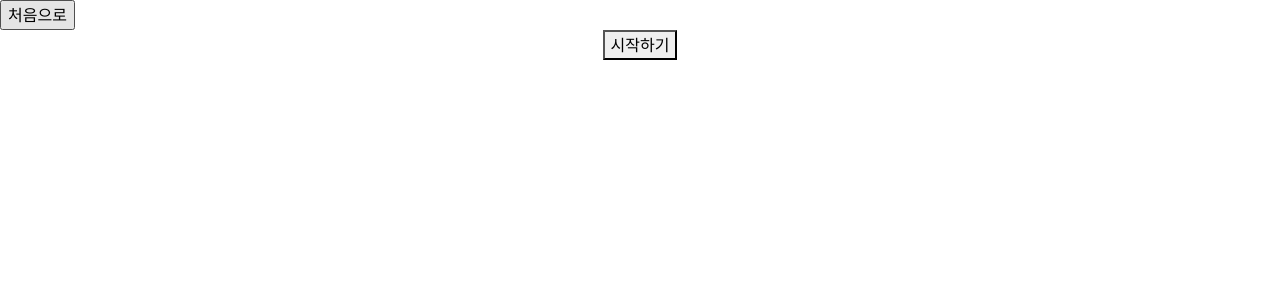
Repository: kokoko12334/myvocab-toy
Page: http://localhost/myVocabularyList/quiz
The author's editor kept a copy of each file at every save. The page is drawn from the files as they stood at one save, then again after a run of saves.
The browser window is 1280 px wide. The pictures show the whole page.
The page is served by Tomcat 9. The session is filled in as if someone had signed in: {"id": 1, "pwd": 1, "list": 1}. Queries for data that is not in the repository find no rows.

Above is the page before, as saved 2023-04-07 12:39:29.

After the next 2 saves:
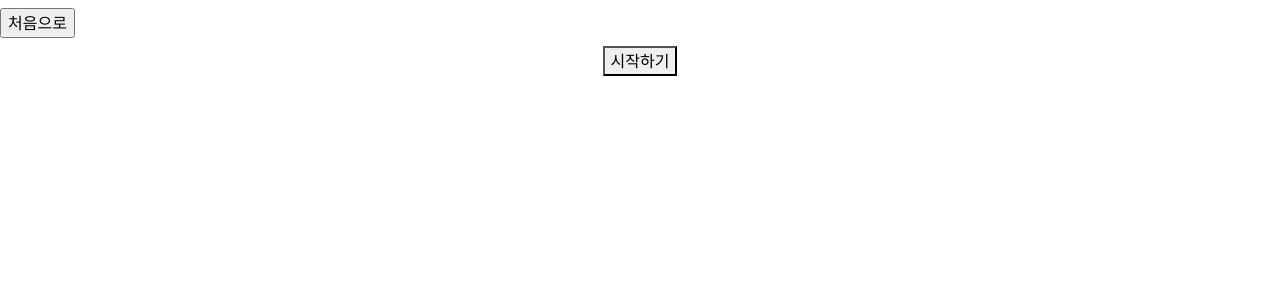
The 2 saves are shown as one change because they came seconds apart.
The last was saved 39 s later.
--- a/myVocabularyList/src/main/webapp/WEB-INF/views/myvocabulary/quiz.jsp
+++ b/myVocabularyList/src/main/webapp/WEB-INF/views/myvocabulary/quiz.jsp
@@ -13,11 +13,13 @@
 </head>
 
 <body>
-	<form action = "/login" method = "post">
-		<input type = "hidden" name = "id"  value = "${id}">
-		<input type = "hidden" name = "pwd" value =  "${pwd}">
-		<input type = submit value = "처음으로">
-	</form>
+	<div class = "my-2">
+		<form action = "/login" method = "post">
+			<input type = "hidden" name = "id"  value = "${id}">
+			<input type = "hidden" name = "pwd" value =  "${pwd}">
+			<input type = submit value = "처음으로">
+		</form>
+	</div>
 
 	<div id = "start" class="col text-center">
 		<button onclick="start()">시작하기</button>
